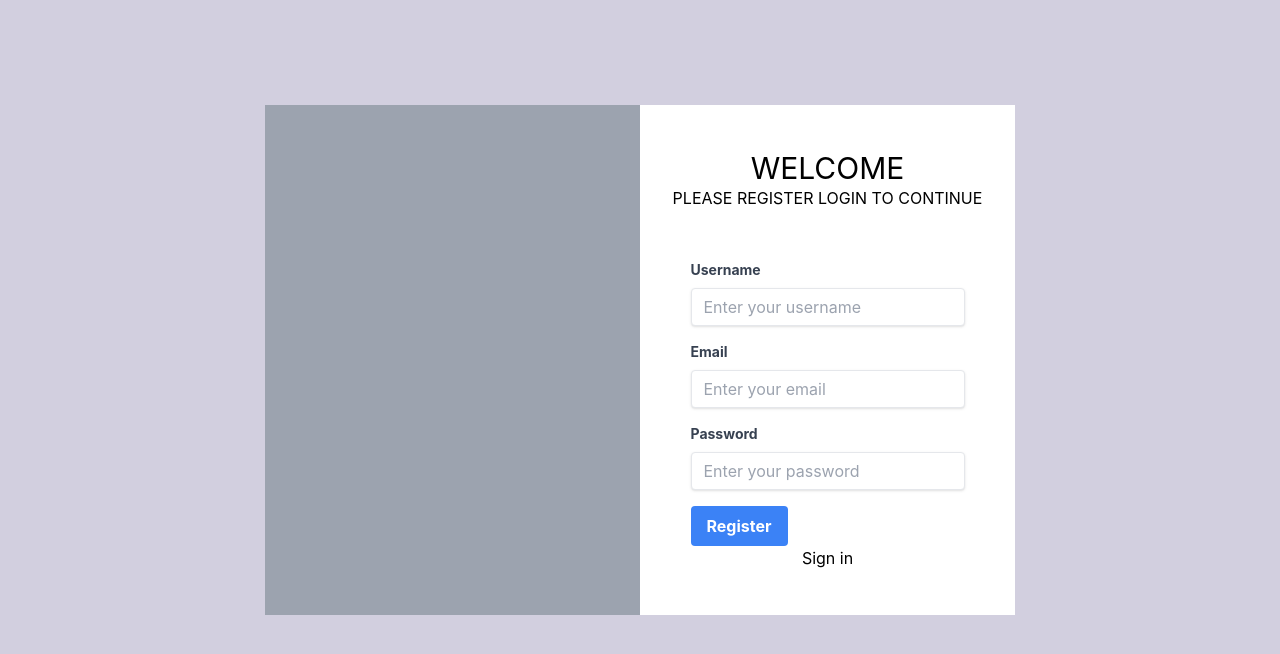
Repository: cosmicswati/upgrad-captions-project
Page: /account/signup
These files come from the project's save history. The page is drawn as it stood at one moment and after the next save; the edit follows.
The browser window is 1280 px wide. The pictures show the whole page.
The project was rebuilt for these pictures with package versions that can differ from the ones it lists, and the page was loaded fresh each time.

Above is the page before, as saved 2024-04-09 11:52:18.

After the next save:
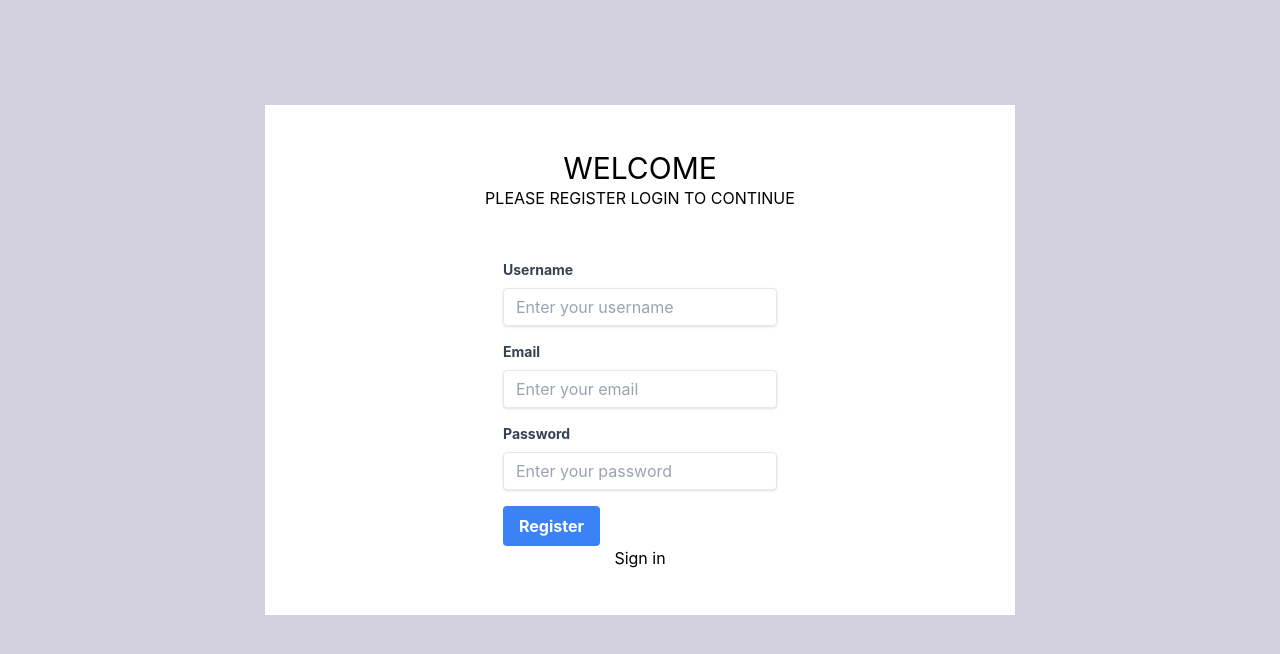
Saved 97 s later.
--- a/src/modules/Authorization/Form.jsx
+++ b/src/modules/Authorization/Form.jsx
@@ -8,8 +8,8 @@
 
     return (
         <div className='bg-[#d2cfdf] h-screen w-full flex justify-center items-center'>
-            <div className='h-[510px] w-[750px] bg-white flex justify-center items-center'>
-                <div className={`h-full w-full flex flex-col justify-center items-center ${!isSignInPage && 'order-2'}`}>
+            <div className='h-[510px] w-[750px] bg-white flex justify-between items-center'>
+                <div className={`w-full flex flex-col justify-center items-center ${!isSignInPage && 'order-2'}`}>
                     <div className='text-3xl'>WELCOME {isSignInPage && 'BACK'}</div>
                     <div className='mb-[50px]'>PLEASE {isSignInPage ? 'LOGIN' : 'REGISTER'} LOGIN TO CONTINUE</div>
                     <form>
@@ -22,9 +22,6 @@
                         {isSignInPage ? 'create a new account' : 'Sign in'}
                     </div>
                 </div>
-                <div className={`h-full w-full bg-gray-400 ${!isSignInPage && 'order-1'}`}></div>
-            </div>
-            <div className="flex justify-center  absolute inset-0">
                 {isSignInPage && <Loginsvg width={'300px'} height={'300px'} />}
             </div>
         </div>

After the save that followed:
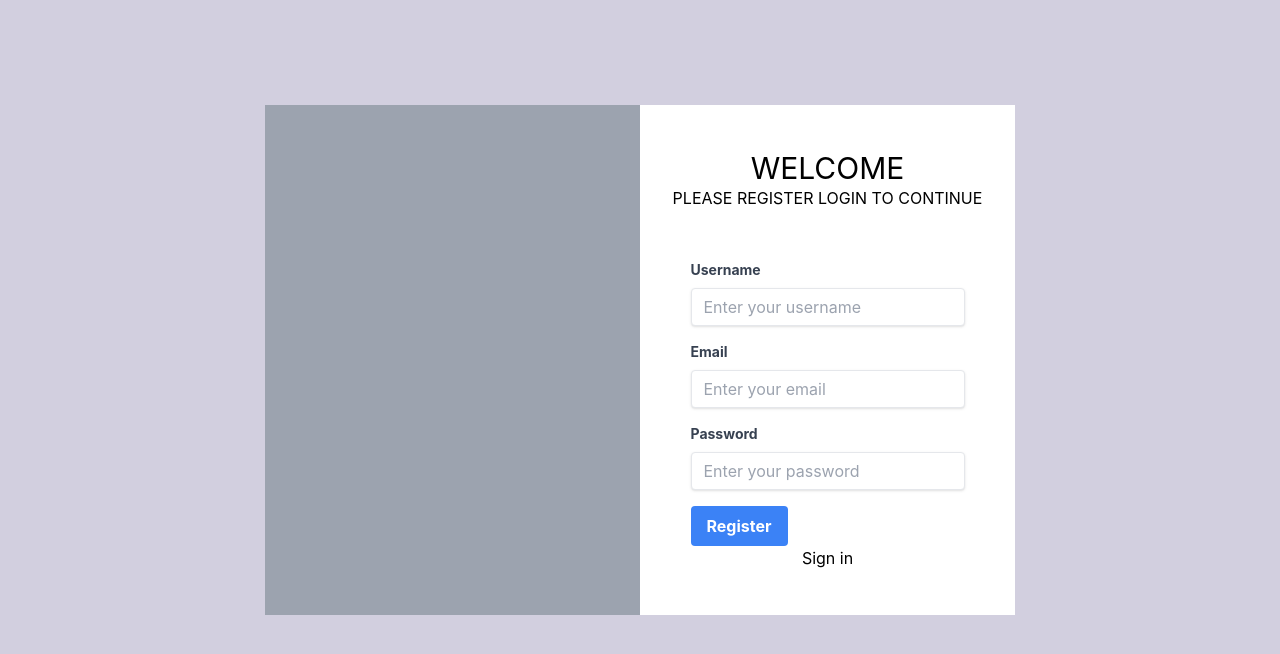
Saved 39 s later.
--- a/src/modules/Authorization/Form.jsx
+++ b/src/modules/Authorization/Form.jsx
@@ -8,8 +8,8 @@
 
     return (
         <div className='bg-[#d2cfdf] h-screen w-full flex justify-center items-center'>
-            <div className='h-[510px] w-[750px] bg-white flex justify-between items-center'>
-                <div className={`w-full flex flex-col justify-center items-center ${!isSignInPage && 'order-2'}`}>
+            <div className='h-[510px] w-[750px] bg-white flex justify-center items-center'>
+                <div className={`h-full w-full flex flex-col justify-center items-center ${!isSignInPage && 'order-2'}`}>
                     <div className='text-3xl'>WELCOME {isSignInPage && 'BACK'}</div>
                     <div className='mb-[50px]'>PLEASE {isSignInPage ? 'LOGIN' : 'REGISTER'} LOGIN TO CONTINUE</div>
                     <form>
@@ -22,8 +22,11 @@
                         {isSignInPage ? 'create a new account' : 'Sign in'}
                     </div>
                 </div>
+                <div className={`h-full w-full bg-gray-400 ${!isSignInPage && 'order-1'}`}>
                 {isSignInPage && <Loginsvg width={'300px'} height={'300px'} />}
+                </div>
             </div>
+
         </div>
     );
 };
